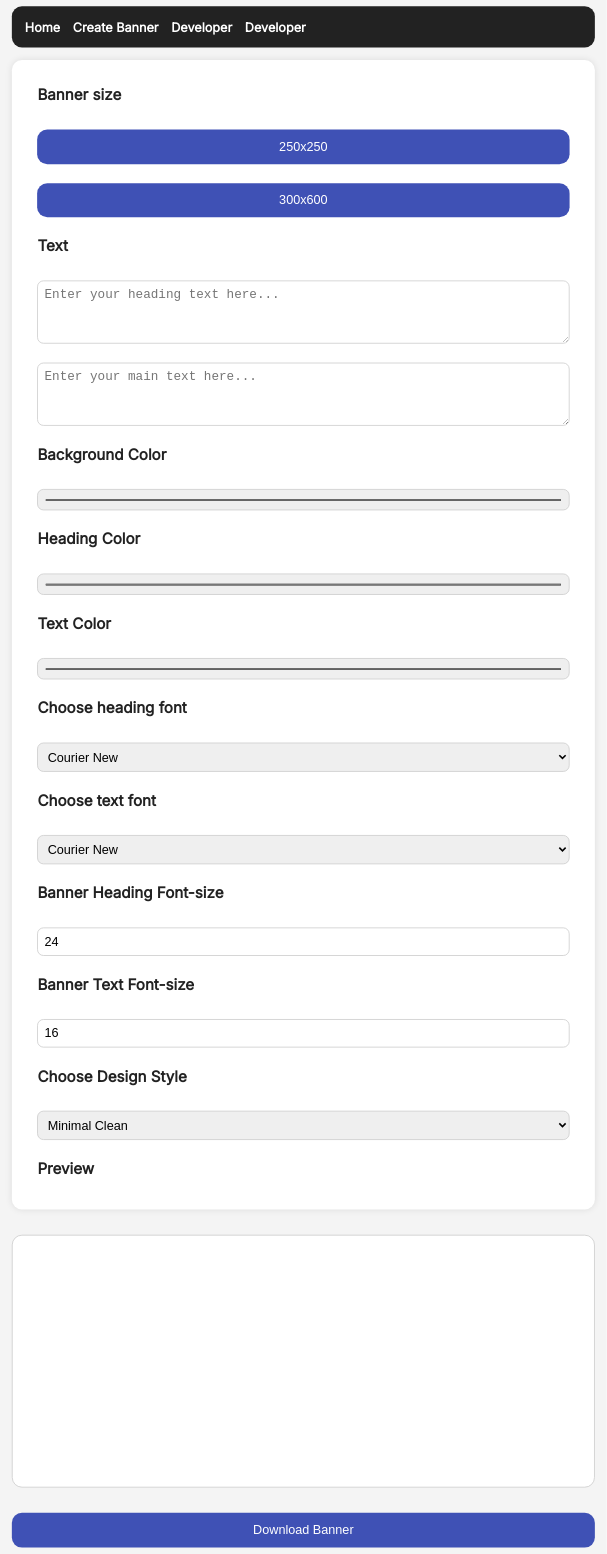
Repository: Yuravolontir/--Baner-Editor--
Page: dashboard.html
The author's editor kept a copy of each file at every save. The page is drawn from the files as they stood at one save, then again after the next save.
The browser window is 768 px wide. The pictures show the whole page, at 79% of full size.

Above is the page before, as saved 2025-07-15 22:03:38.

### dashboard.html
<!DOCTYPE html>
<html lang="en">
<head>
    <meta charset="UTF-8">
    <meta name="viewport" content="width=device-width, initial-scale=1.0">
    <title>Document</title>
    <link rel="stylesheet" href="/styles/styles.css">
    <script type="module" src="/scripts/index.js"></script>
    <link href="https://fonts.googleapis.com/css2?family=Be+Vietnam+Pro&family=DM+Sans&family=Figtree&family=Inter&family=Manrope&family=Outfit&family=Rubik&family=Space+Grotesk&family=Sora&family=Urbanist&display=swap" rel="stylesheet">



<!-- Include html2canvas library for capturing the banner as an image-->
<script src="https://cdn.jsdelivr.net/npm/html2canvas@1.4.1/dist/html2canvas.min.js"></script>






</head>
<body>

<nav>
    <ul>
    <li><a href="/dashboard.html">Home</a></li>
    <li><a href="/banner.html">Create Banner</a></li>
    <li><a href="/thanks-to-developer.html">Developer</a></li>
    <li><a href="/thanks-to-developer.html">Developer</a></li>
    </ul>
</nav>
<div id="banner-builder-container">
<div id="controls-section">
<h3>Banner size</h3>
<button id="250X250">250x250</button>
<button id="300X600">300x600</button>
<h3>Text</h3>
<textarea id="bannerHeading" placeholder="Enter your heading text here..."></textarea>
<textarea id="bannerText" placeholder="Enter your main text here..."></textarea>
<h3>Background Color</h3>
<input type="color" id="BackgroundColor">

<h3>Heading Color</h3>
<input type="color" id="HeadingColor">

<h3>Text Color</h3>
<input type="color" id="TextColor">

<h3>Choose heading font</h3>
<select id="head-font">
  <option value="Courier New">Courier New</option>
  <option value="Inter">Inter</option>
  <option value="Poppins">Poppins</option>
  <option value="Space Grotesk">Space Grotesk</option>
  <option value="Outfit">Outfit</option>
  <option value="Manrope">Manrope</option>
  <option value="Sora">Sora</option>
  <option value="Figtree">Figtree</option>
  <option value="Rubik">Rubik</option>
  <option value="Urbanist">Urbanist</option>
  <option value="DM Sans">DM Sans</option>
</select>

<h3>Choose text font</h3>
<select id="text-font">
  <option value="Courier New">Courier New</option>
  <option value="Inter">Inter</option>
  <option value="Poppins">Poppins</option>
  <option value="Space Grotesk">Space Grotesk</option>
  <option value="Outfit">Outfit</option>
  <option value="Manrope">Manrope</option>
  <option value="Sora">Sora</option>
  <option value="Figtree">Figtree</option>
  <option value="Rubik">Rubik</option>
  <option value="Urbanist">Urbanist</option>
  <option value="DM Sans">DM Sans</option>
</select>

<h3>Banner Heading Font-size</h3>
<input type="number" id="headingFontSize" placeholder="Enter font size in px" value="24">
<h3>Banner Text Font-size</h3>
<input type="number" id="textFontSize" placeholder="Enter font size in px" value="16">

<h3>Choose Design Style</h3>
<select id="designStyle">
  <option value="minimal">Minimal Clean</option>
  <option value="bold">Bold & Colorful</option>
  <option value="pixel">Retro Pixel</option>
</select>


<h3>Preview</h3>
</div>
<div id="preview">

</div>
<button id="downloadBanner">Download Banner</button>
</div>
</body>
</html>

### styles/styles.css
/* styles.css */

:root {
  --font-main: 'Inter', sans-serif;
  --color-bg: #f4f4f4;
  --color-dark: #222;
  --color-accent: #3f51b5;
  --control-bg: #fff;
  --border-radius: 0.8rem;
  --spacing: 1rem;
}

* {
  margin: 0;
  padding: 0;
  box-sizing: border-box;
}

body {
  font-family: var(--font-main);
  background-color: var(--color-bg);
  color: var(--color-dark);
  padding: 1vh 2vw;
  min-height: 100vh;
  display: flex;
  flex-direction: column;
}

nav ul {
  list-style: none;
  display: flex;
  gap: 1rem;
  background-color: var(--color-dark);
  padding: 1rem;
  border-radius: var(--border-radius);
}

nav a {
  color: white;
  text-decoration: none;
  font-weight: bold;
}

#banner-builder-container {
  display: grid;
  grid-template-columns: 1fr 1fr;
  gap: 2rem;
  margin-top: 2vh;
}

#controls-section {
  display: flex;
  flex-direction: column;
  gap: 1.5rem;
  background-color: var(--control-bg);
  padding: 2rem;
  border-radius: var(--border-radius);
  box-shadow: 0 0 10px rgba(0, 0, 0, 0.1);
}

#controls-section h3 {
  margin-bottom: 0.5rem;
  font-size: 1.2rem;
}

#controls-section input[type="color"],
#controls-section input[type="number"],
#controls-section select,
#controls-section textarea {
  width: 100%;
  padding: 0.5rem;
  font-size: 1rem;
  border: 1px solid #ccc;
  border-radius: 0.5rem;
}

#controls-section textarea {
  min-height: 5rem;
  resize: vertical;
}

button {
  background-color: var(--color-accent);
  color: white;
  border: none;
  padding: 0.8rem 1.2rem;
  font-size: 1rem;
  border-radius: var(--border-radius);
  cursor: pointer;
  transition: background-color 0.2s ease;
}

button:hover {
  background-color: #2c3e91;
}

#preview {
  background-color: white;
  border: 1px solid #ccc;
  min-height: 40vh;
  display: flex;
  justify-content: center;
  align-items: center;
  padding: 1rem;
  border-radius: var(--border-radius);
  overflow: auto;
}

@media (max-width: 768px) {
  #banner-builder-container {
    grid-template-columns: 1fr;
  }
}

### scripts/index.js
import {createBanner, updateBannerHeading, updateBannerText, updateBannerColor,updateBannerHeadingColor , updateBannerTextColor,updateHeadingFont , updateTextFont, updateHeadingFontSize, updateTextFontSize, updateDesignStyle} from "./banner.js";




document.getElementById("250X250").addEventListener('click', createBanner);
document.getElementById("300X600").addEventListener('click', createBanner);


document.getElementById("bannerHeading").addEventListener('input', updateBannerHeading);

document.getElementById("bannerText").addEventListener('input', updateBannerText);

document.getElementById("BackgroundColor").addEventListener('input', updateBannerColor);

document.getElementById("HeadingColor").addEventListener('input', updateBannerHeadingColor);

document.getElementById("TextColor").addEventListener('input', updateBannerTextColor);

document.getElementById("head-font").addEventListener('input', updateHeadingFont);

document.getElementById("text-font").addEventListener('input', updateTextFont);

document.getElementById("headingFontSize").addEventListener('input', updateHeadingFontSize)

document.getElementById("textFontSize").addEventListener('input', updateTextFontSize);

document.getElementById("designStyle").addEventListener("change", updateDesignStyle);



// Add event listener for the download button
document.getElementById("downloadBanner").addEventListener("click", () => {
    const banner = document.getElementById("generatedBanner");
    if (!banner) return;

    html2canvas(banner).then(canvas => {
        const link = document.createElement("a");
        link.download = "my-banner.png";
        link.href = canvas.toDataURL();
        link.click();
    });
});
// Add event listener for the download button

### scripts/banner.js





export function createBanner(event) {
    event.preventDefault();
    const blank = document.querySelector("#preview");
    blank.innerHTML = "";
    const div = document.createElement("div");
    div.id = "generatedBanner"; // So we can update it later

    if (event.target.id === "300X600")
    {
    div.style.width = "300px";
    div.style.height = "600px";
    }
     if (event.target.id === "250X250")
    {
     div.style.width = "250px";
     div.style.height = "250px";
    }

    div.style.border = "1px solid black";
    div.style.background = "white";

    const h1 = document.createElement("h1");
    h1.id = "bannerH1"; // So we can update it
    h1.style.textAlign = "center";
    h1.textContent = document.getElementById("bannerHeading").value;

    const pre = document.createElement("pre");
    pre.id = "bannerPre"; // So we can update it
    pre.style.textAlign = "center";
    pre.textContent = document.getElementById("bannerText").value;

    div.appendChild(h1);
    div.appendChild(pre);

    blank.appendChild(div);
}
export function updateBannerHeading() {
    const h1 = document.getElementById("bannerH1");
    if (h1) {
        h1.textContent = document.getElementById("bannerHeading").value;
    }
}

export function updateBannerText() {
        const pre = document.getElementById("bannerPre");
    if (pre) {
        pre.textContent = document.getElementById("bannerText").value;
    }
}


export function updateBannerColor() {
    const div = document.getElementById("generatedBanner");
    if (div) {
        div.style.backgroundColor = document.getElementById("BackgroundColor").value;
    }
}

export function updateBannerHeadingColor() {
            const h1= document.getElementById("bannerH1");
    if (h1) {
        h1.style.color = document.getElementById("HeadingColor").value;
    }
}

export function updateBannerTextColor() {
        const pre = document.getElementById("bannerPre");
    if (pre) {
        pre.style.color = document.getElementById("TextColor").value;
    }
}

export function updateHeadingFont() {
    const h1 = document.getElementById("bannerH1");
    if (h1) {
        h1.style.fontFamily = document.getElementById("head-font").value;
    }
}
export function updateTextFont() {
    const pre = document.getElementById("bannerPre");
    if (pre) {
        pre.style.fontFamily = document.getElementById("text-font").value;
    }
}

export function updateHeadingFontSize() {
    const h1 = document.getElementById("bannerH1");
    if (h1) {
        h1.style.fontSize = document.getElementById("headingFontSize").value + "px";
    }
}
export function updateTextFontSize() {
    const pre = document.getElementById("bannerPre");
    if (pre) {
        pre.style.fontSize = document.getElementById("textFontSize").value + "px";
    }
}

export function updateDesignStyle() {
    const div = document.getElementById("generatedBanner");
    const style = document.getElementById("designStyle").value;

    if (!div) return;

    // Reset all first
    div.style.border = "";
    div.style.background = "";
    div.style.color = "";
    div.style.fontFamily = "";

    switch (style) {
        case "minimal":
            div.style.background = "white";
            div.style.color = "#222";
            div.style.border = "1px solid #ccc";
            div.style.fontFamily = "Inter";
            break;

        case "bold":
            div.style.background = "linear-gradient(135deg, #ff6b6b, #6a00f4)";
            div.style.color = "white";
            div.style.border = "none";
            div.style.fontFamily = "Rubik";
            break;

        case "pixel":
            div.style.background = "black";
            div.style.color = "#00ff00";
            div.style.border = "2px solid #444";
            div.style.fontFamily = "'Press Start 2P'";
            break;
    }
}

After the next save:
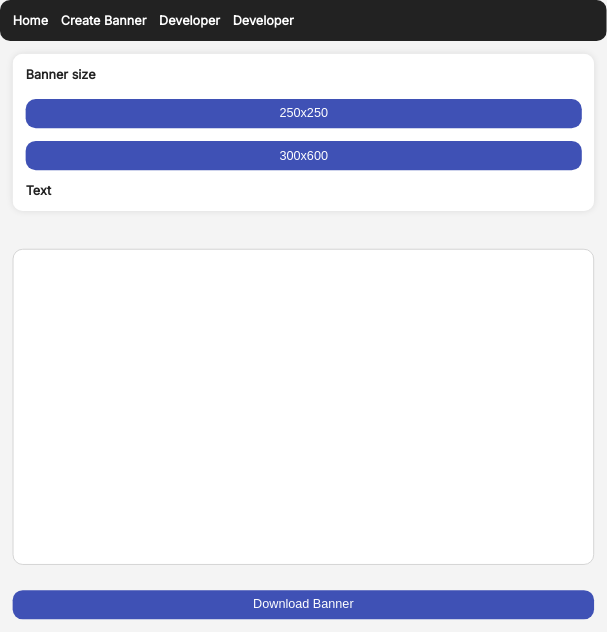
Saved 2 min 23 s later.
--- a/styles/styles.css
+++ b/styles/styles.css
@@ -16,14 +16,18 @@
   box-sizing: border-box;
 }
 
-body {
+html, body {
   font-family: var(--font-main);
   background-color: var(--color-bg);
   color: var(--color-dark);
-  padding: 1vh 2vw;
-  min-height: 100vh;
+  height: 100%;
+  overflow: hidden;
+}
+
+body {
   display: flex;
   flex-direction: column;
+  padding: 0;
 }
 
 nav ul {
@@ -33,34 +37,40 @@ nav ul {
   background-color: var(--color-dark);
   padding: 1rem;
   border-radius: var(--border-radius);
+  overflow-x: auto;
 }
 
 nav a {
   color: white;
   text-decoration: none;
   font-weight: bold;
+  white-space: nowrap;
 }
 
 #banner-builder-container {
   display: grid;
   grid-template-columns: 1fr 1fr;
   gap: 2rem;
-  margin-top: 2vh;
+  padding: 1rem;
+  height: calc(100vh - 80px);
+  overflow: hidden;
 }
 
 #controls-section {
   display: flex;
   flex-direction: column;
-  gap: 1.5rem;
+  gap: 1rem;
   background-color: var(--control-bg);
-  padding: 2rem;
+  padding: 1rem;
   border-radius: var(--border-radius);
   box-shadow: 0 0 10px rgba(0, 0, 0, 0.1);
+  overflow-y: auto;
+  max-height: 100%;
 }
 
 #controls-section h3 {
-  margin-bottom: 0.5rem;
-  font-size: 1.2rem;
+  margin-bottom: 0.3rem;
+  font-size: 1rem;
 }
 
 #controls-section input[type="color"],
@@ -69,13 +79,13 @@ nav a {
 #controls-section textarea {
   width: 100%;
   padding: 0.5rem;
-  font-size: 1rem;
+  font-size: 0.95rem;
   border: 1px solid #ccc;
   border-radius: 0.5rem;
 }
 
 #controls-section textarea {
-  min-height: 5rem;
+  min-height: 4rem;
   resize: vertical;
 }
 
@@ -83,11 +93,12 @@ button {
   background-color: var(--color-accent);
   color: white;
   border: none;
-  padding: 0.8rem 1.2rem;
+  padding: 0.6rem 1rem;
   font-size: 1rem;
   border-radius: var(--border-radius);
   cursor: pointer;
   transition: background-color 0.2s ease;
+  width: 100%;
 }
 
 button:hover {
@@ -104,10 +115,23 @@ button:hover {
   padding: 1rem;
   border-radius: var(--border-radius);
   overflow: auto;
+  height: 100%;
 }
 
 @media (max-width: 768px) {
   #banner-builder-container {
     grid-template-columns: 1fr;
+    grid-template-rows: auto 1fr;
+    height: auto;
+  }
+
+  #controls-section {
+    max-height: none;
+    height: auto;
+  }
+
+  #preview {
+    height: 50vh;
+    margin-top: 1rem;
   }
 }
